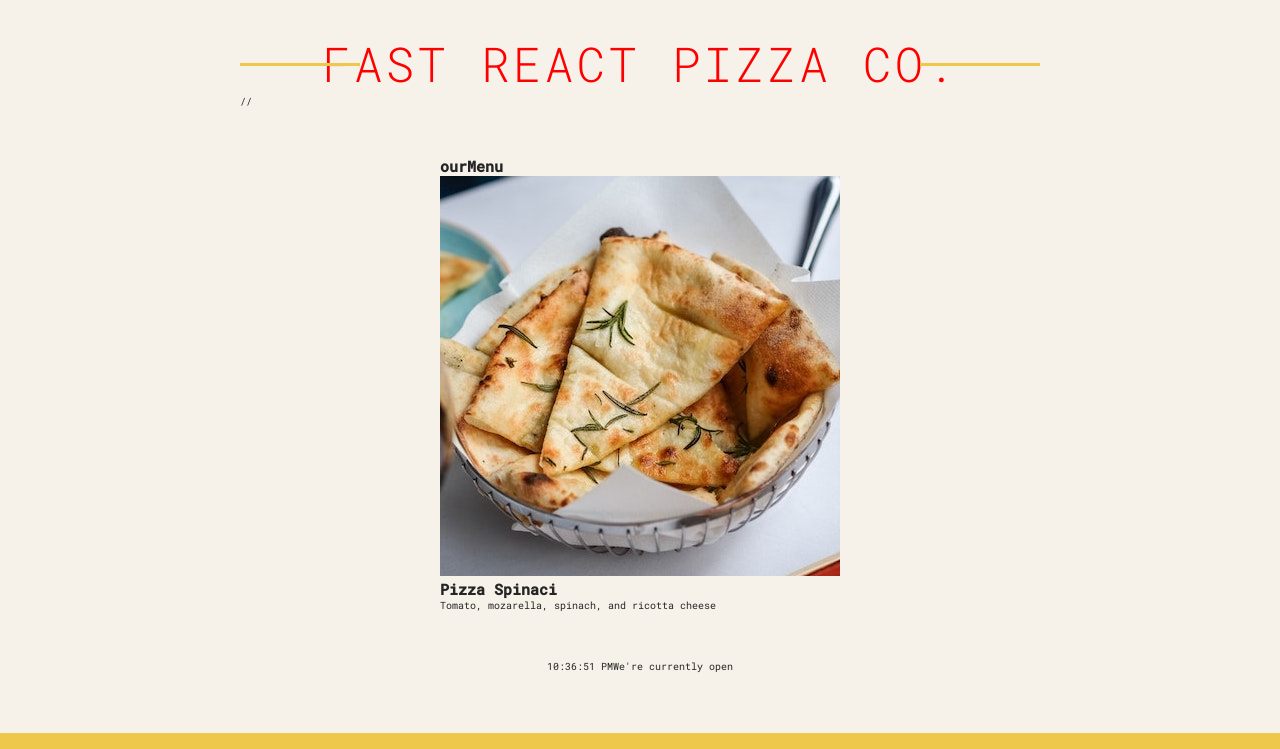
Repository: DhaWork/1-react-dasar-udemy-25
Page: /
An editor plug-in stored every save of this project. The page is shown before and after the next save, followed by the edit.
The browser window is 1280 px wide. The pictures show the whole page.
The project was rebuilt for these pictures with package versions that can differ from the ones it lists, and the page was loaded fresh each time.

Above is the page before, as saved 2025-04-02 11:49:28.

After the next save:
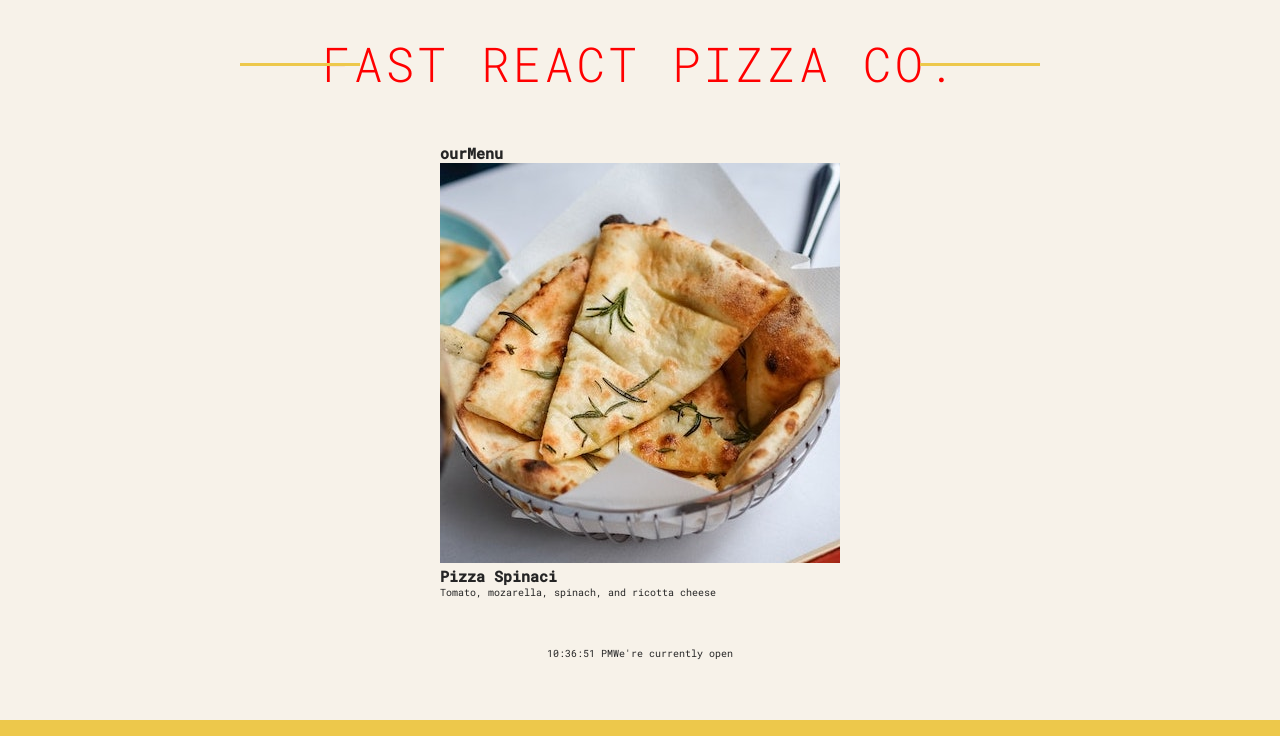
Saved 5 s later.
--- a/src/index.js
+++ b/src/index.js
@@ -63,7 +63,7 @@ function Header() {
   return (
     <header className="header">
       <h1 style={style} className="header">Fast React Pizza Co.</h1>
-    // </header>
+    </header>
   );
 }
 
